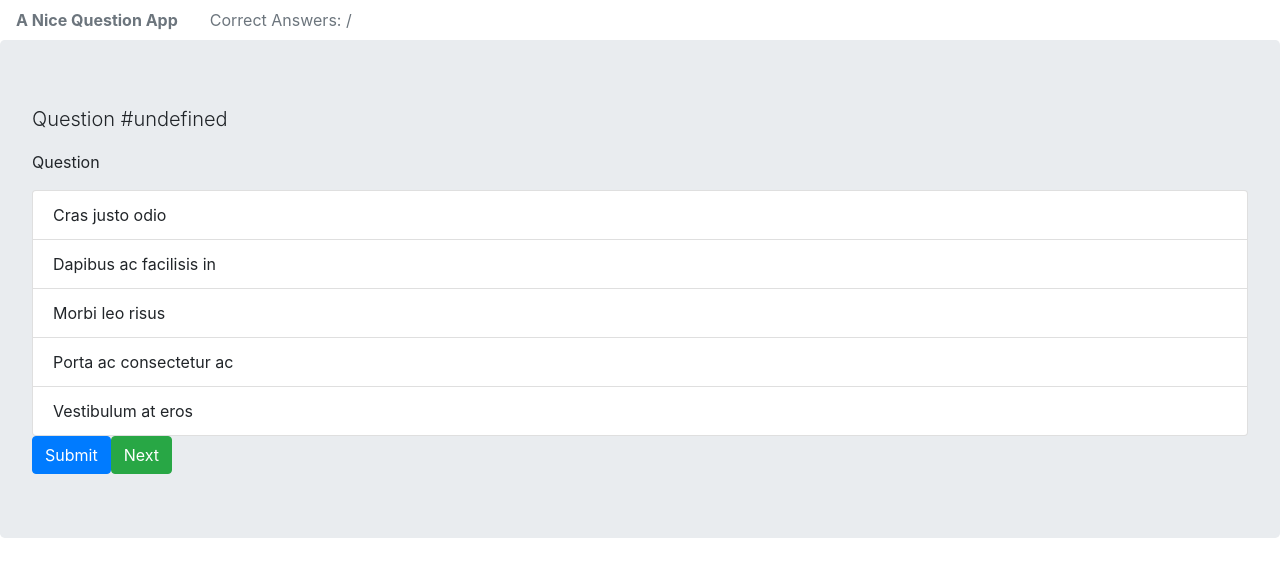
Repository: giovanicascaes/vue-quiz-app
Page: /
The author's editor kept a copy of each file at every save. The page is drawn from the files as they stood at one save, then again after the next save.
The browser window is 1280 px wide. The pictures show the whole page.
The project was rebuilt for these pictures with package versions that can differ from the ones it lists, and the page was loaded fresh each time. Also part of the build but not shown: vue.config.js.

Above is the page before, as saved 2019-04-12 22:14:04.

### public/index.html
<!DOCTYPE html>
<html lang="en">
  <head>
    <meta charset="utf-8">
    <meta http-equiv="X-UA-Compatible" content="IE=edge">
    <meta name="viewport" content="width=device-width,initial-scale=1.0">
    <link rel="icon" href="<%= BASE_URL %>favicon.ico">
    <title>vue-note-app</title>
  </head>
  <body>
    <noscript>
      <strong>We're sorry but vue-note-app doesn't work properly without JavaScript enabled. Please enable it to continue.</strong>
    </noscript>
    <div id="app"></div>
    <!-- built files will be auto injected -->
  </body>
</html>

### src/main.js
import Vue from 'vue';
import BootstrapVue from 'bootstrap-vue';

import 'bootstrap/dist/css/bootstrap.css';
import 'bootstrap-vue/dist/bootstrap-vue.css';

import App from './App.vue';

Vue.config.productionTip = false;

Vue.use(BootstrapVue);

new Vue({
  render: h => h(App),
}).$mount('#app');

### src/App.vue
<template>
  <div id="app">
    <Header/>
    <Questions/>
  </div>
</template>

<script>
import Header from "./components/Header";
import Questions from "./components/Questions";

export default {
  name: "app",
  components: {
    Header,
    Questions
  }
};
</script>

<style>
</style>

### src/components/Header.vue
<template>
  <b-nav>
    <b-nav-item disabled>
      <b>A Nice Question App</b>
    </b-nav-item>
    <b-nav-item disabled>Correct Answers: {{correctAnswers}}/{{totalAnswers}}</b-nav-item>
  </b-nav>
</template>

<script>
export default {
  props: ["totalAnswers", "correctAnswers"]
};
</script>

### src/components/Questions.vue
<template>
  <b-jumbotron :lead="'Question #' + currentQuestionNumber">
    <p>Question</p>
    <b-list-group>
    <b-list-group-item>Cras justo odio</b-list-group-item>
    <b-list-group-item>Dapibus ac facilisis in</b-list-group-item>
    <b-list-group-item>Morbi leo risus</b-list-group-item>
    <b-list-group-item>Porta ac consectetur ac</b-list-group-item>
    <b-list-group-item>Vestibulum at eros</b-list-group-item>
    </b-list-group>
    <b-button variant="primary" href="#">Submit</b-button>
    <b-button variant="success" href="#">Next</b-button>
  </b-jumbotron>
</template>

<script>
export default {
  props: ["currentQuestionNumber"]
};
</script>

After the next save:
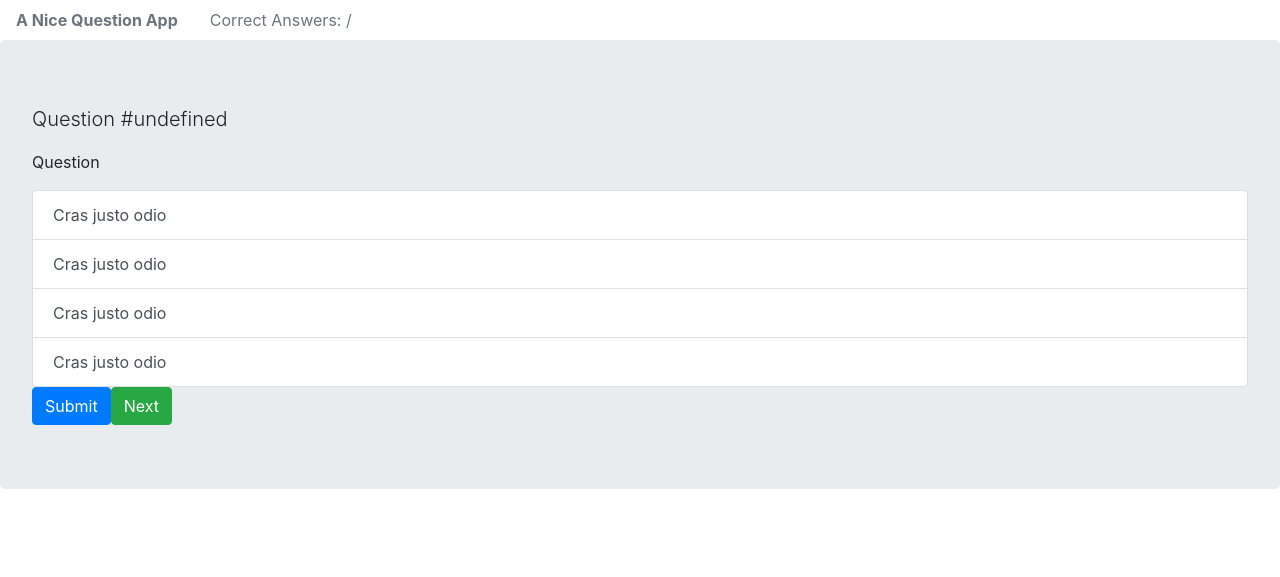
Saved 71 s later.
--- a/src/components/Questions.vue
+++ b/src/components/Questions.vue
@@ -2,11 +2,10 @@
   <b-jumbotron :lead="'Question #' + currentQuestionNumber">
     <p>Question</p>
     <b-list-group>
-    <b-list-group-item>Cras justo odio</b-list-group-item>
-    <b-list-group-item>Dapibus ac facilisis in</b-list-group-item>
-    <b-list-group-item>Morbi leo risus</b-list-group-item>
-    <b-list-group-item>Porta ac consectetur ac</b-list-group-item>
-    <b-list-group-item>Vestibulum at eros</b-list-group-item>
+      <b-list-group-item button>Cras justo odio</b-list-group-item>
+      <b-list-group-item button>Cras justo odio</b-list-group-item>
+      <b-list-group-item button>Cras justo odio</b-list-group-item>
+      <b-list-group-item button>Cras justo odio</b-list-group-item>
     </b-list-group>
     <b-button variant="primary" href="#">Submit</b-button>
     <b-button variant="success" href="#">Next</b-button>
